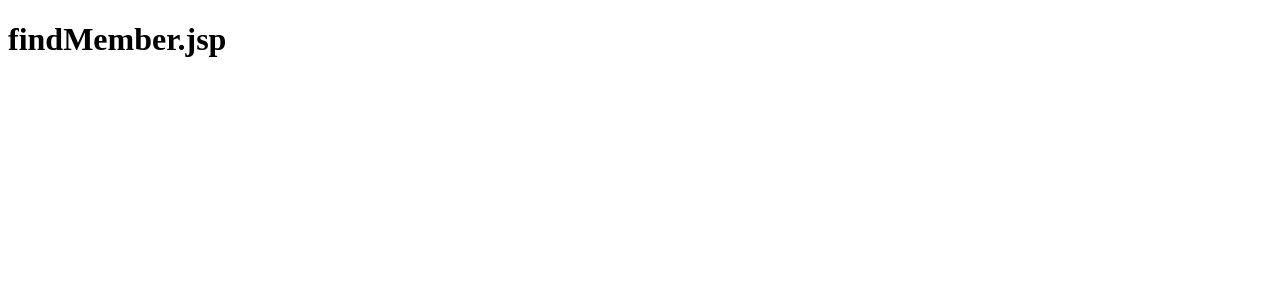
Repository: Namyunha/Oracle-Study
Page: http://localhost/test1_practice/findMember.jsp
An editor plug-in stored every save of this project. The page is shown before and after the next save, followed by the edit.
The browser window is 1280 px wide. The pictures show the whole page.
The page is served by Tomcat 9.

Above is the page before, as saved 2023-08-04 03:50:27.

After the next save:
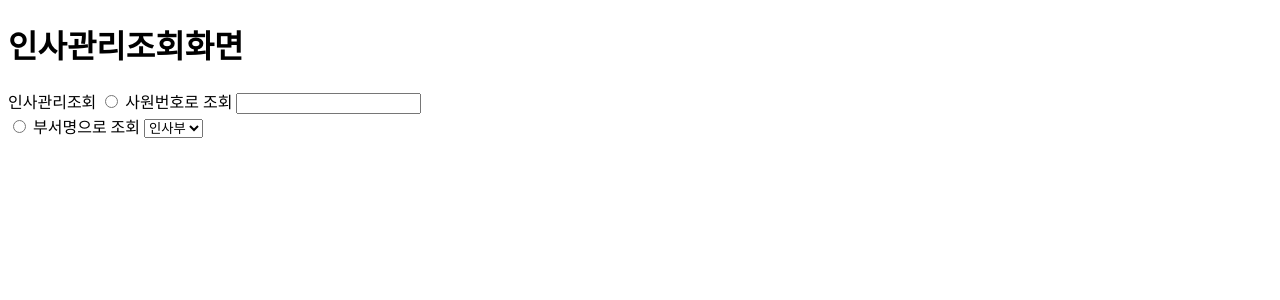
Saved 19 min 46 s later.
--- a/test1_practice/src/main/webapp/findMember.jsp
+++ b/test1_practice/src/main/webapp/findMember.jsp
@@ -7,6 +7,18 @@
 <title>Insert title here</title>
 </head>
 <body>
-	<h1>findMember.jsp</h1>
+	<h1>인사관리조회화면</h1>
+	<form>
+		<label>인사관리조회</label>
+		<input name="member" value="id" type="radio"> 사원번호로 조회 <input type="text"><br>
+		<input name="member" value="dept" type="radio"> 부서명으로 조회
+		<select name="dept">
+			<option value="인사부">인사부</option>
+			<option value="기획부">기획부</option>
+			<option value="홍보부">홍보부</option>
+			<option value="영업부">영업부</option>
+			<option value="경리부">경리부</option>
+		</select>
+	</form>
 </body>
 </html>
